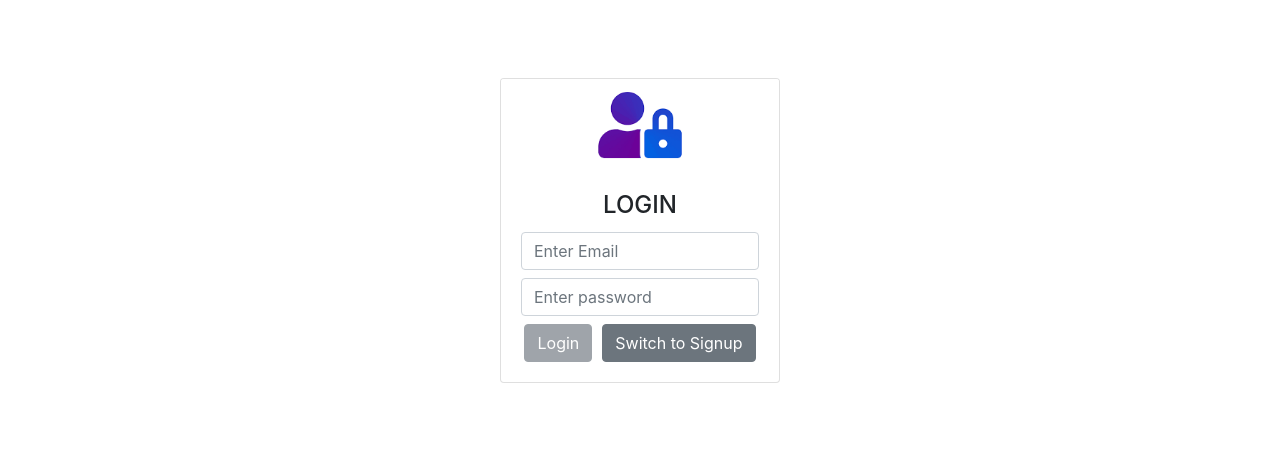
Repository: hosseinemami1370/iranicard
Page: /signup
These files come from the project's save history. The page is drawn as it stood at one moment and after the next save; the edit follows.
The browser window is 1280 px wide. The pictures show the whole page.
The project was rebuilt for these pictures with package versions that can differ from the ones it lists, and the page was loaded fresh each time. The framework's server and built-in components were replaced by stand-ins that run in the browser. Also part of the build but not shown: nuxt.config.js, components/Header.vue, components/Logo.vue, components/UI/AppButton.vue, components/navigation/Header.vue, layouts/error.vue, layouts/header.vue.

Above is the page before, as saved 2021-03-15 12:41:24.

### layouts/default.vue
<template>
  <div>

    <Nuxt />
  </div>
</template>
<script>
// import Header from '@/components/navigation/Header'
 export default {
//    components:{
//      Header
//    }
computed:{

    loadedData() {
      return this.$store.getters.isAuthenticated

  }
}
 }

</script>

<style>
html {
  font-family:
    'Source Sans Pro',
    -apple-system,
    BlinkMacSystemFont,
    'Segoe UI',
    Roboto,
    'Helvetica Neue',
    Arial,
    sans-serif;
  font-size: 16px;
  word-spacing: 1px;
  -ms-text-size-adjust: 100%;
  -webkit-text-size-adjust: 100%;
  -moz-osx-font-smoothing: grayscale;
  -webkit-font-smoothing: antialiased;
  box-sizing: border-box;
}

*,
*::before,
*::after {
  box-sizing: border-box;
  margin: 0;
}

.button--green {
  display: inline-block;
  border-radius: 4px;
  border: 1px solid #3b8070;
  color: #3b8070;
  text-decoration: none;
  padding: 10px 30px;
}

.button--green:hover {
  color: #fff;
  background-color: #3b8070;
}

.button--grey {
  display: inline-block;
  border-radius: 4px;
  border: 1px solid #35495e;
  color: #35495e;
  text-decoration: none;
  padding: 10px 30px;
  margin-left: 15px;
}

.button--grey:hover {
  color: #fff;
  background-color: #35495e;
}
</style>

### store/index.js
import Vuex from "vuex";

import Cookie from "js-cookie";

const createStore =() =>{
   return new Vuex.Store({
    state:{
        loadedData:[],
        token:null,
        // visibelLogout:true
    },
    mutations:{
        SETTOKEN(state,token){
            state.token=token;
        },
        CLEARTOKEN(state) {
            state.token = null;
          },
          SETEDATA(state,data){
            state.loadedData=data;
          }
        // SETVISIBLE(state,visible){
        //     state.visibelLogout=visible
        // }
    },
    actions:{
        authenticationUser(vuexContext,authData){
            let authUrl =
          "https://www.googleapis.com/identitytoolkit/v3/relyingparty/verifyPassword?key=" +
          process.env.fbAPIKey;
        if (!authData.isLogin) {
          authUrl =
            "https://www.googleapis.com/identitytoolkit/v3/relyingparty/signupNewUser?key=" +
            process.env.fbAPIKey;
        }
        return this.$axios
          .$post(authUrl, {
            email: authData.email,
            password: authData.password,
            returnSecureToken: true
          })
          .then(result => {
            console.log("result:",result);
            vuexContext.commit("SETEDATA",result.email);
            vuexContext.commit("SETTOKEN", result.idToken);
            localStorage.setItem("token", result.idToken);
            localStorage.setItem("data",result.email);
            localStorage.setItem("isLogin",authData.isLogin)
            console.log("result.expiresIn",result.expiresIn);
            localStorage.setItem(
              "tokenExpiration",
              new Date().getTime() + Number.parseInt(result.expiresIn) * 1000
            );
            Cookie.set("jwt", result.idToken);
            Cookie.set(
              "expirationDate",
              new Date().getTime() + Number.parseInt(result.expiresIn) * 1000
            );
          })
          .catch(e => {
            console.log('error1:', e);
            alert("usre or password invalid!")
          });
        },
        initAuth(vuexContext, req) {
            let token;
            let expirationDate;
            if (req) {
              if (!req.headers.cookie) {
                return;
              }
              const jwtCookie = req.headers.cookie
                .split(";")
                .find(c => c.trim().startsWith("jwt="));
              if (!jwtCookie) {
                return;
              }
              token = jwtCookie.split("=")[1];
              expirationDate = req.headers.cookie
                .split(";")
                .find(c => c.trim().startsWith("expirationDate="))
                .split("=")[1];
            }
            else {
              token = localStorage.getItem("token");
              expirationDate = localStorage.getItem("tokenExpiration");
            }
            if (new Date().getTime() > +expirationDate || !token) {
              console.log("No token or invalid token");
              vuexContext.dispatch("logout");
              return;
            }
            vuexContext.commit("SETTOKEN", token);
          },
          logout(vuexContext) {
            vuexContext.commit("CLEARTOKEN");
            Cookie.remove("jwt");
            Cookie.remove("expirationDate");
            if (process.client) {
              localStorage.removeItem("token");
              localStorage.removeItem("tokenExpiration");
            }
          },
        // setVisible(vuexContext,payload){
        //     vuexContext.commit("SETVISIBLE", payload);
        // }
    },
    getters: {
      loadedData(state) {
        return state.loadedData;
      },
      isAuthenticated(state) {
        return state.token != null;
      },
      // loadedVisible(state){
      //   return state.visibelLogout
      // }
    }
   })
}
export default createStore;

### plugins/core-component.js
import Vue from 'vue';
import AppButton from '@/components/UI/AppButton'
import Vuelidate from 'vuelidate'
Vue.use(Vuelidate)
Vue.component('AppButton', AppButton)

### pages/signup/index.vue
<template>
  <div class="admin-auth-page">
    <div class="auth-container">
      <b-card
        title="LOGIN"
        style="max-with: 10rem"
        class="mt-5 text-center"
        img-src="@/assets/download.png"
        img-top
      >
        <b-form @submit.prevent="onSubmit">
          <b-form-input
            :class="{ error: $v.email.$error }"
            id="email"
            v-model.trim="email"
            @input="$v.email.$touch()"
            placeholder="Enter Email"
          >
          </b-form-input>
          <div v-if="$v.email.$dirty">
            <p class="error-message" v-if="!$v.email.email">
              Please enter a valid email address.
            </p>
            <p class="error-message" v-if="!$v.email.required">
              Email must not be empty.
            </p>
          </div>

          <b-form-input
            type="password"
            :class="{ error: $v.password.$error }"
            class="mt-2"
            required
            id="password"
            v-model.trim="password"
            @input="$v.password.$touch()"
            placeholder="Enter password"
          >
          </b-form-input>
          <div v-if="$v.password.$dirty">
            <p class="error-message" v-if="!$v.password.required">
              Password must not be empty.
            </p>
          </div>

          <b-form-input
            type="password"
            v-if="!isLogin"
            :class="{ error: $v.repeatPassword.$error }"
            class="mt-2"
            required
            id="password2"
            v-model.trim="repeatPassword"
            @input="$v.repeatPassword.$touch()"
            placeholder="Re-type password"
          >

          </b-form-input>
          <div v-if="$v.repeatPassword.$dirty || !isLogin">
              <p class="error-message" v-if="!$v.repeatPassword.sameAsPassword || !isLogin">
                Passwords must be identical.
              </p>

              <p class="error-message" v-if="!$v.repeatPassword.required || !isLogin">
                Password must not be empty.
              </p>
            </div>

          <div class="mt-2">
            <b-button type="submit" :disabled="$v.$invalid">{{
              isLogin ? "Login" : "Sign Up"
            }}</b-button>
            <b-button
              type="button"
              style="margin-left: 10px"
              @click="isLogin = !isLogin"
              >Switch to {{ isLogin ? "Signup" : "Login" }}</b-button
            >
          </div>
        </b-form>
      </b-card>
    </div>
  </div>
</template>

<script>
import { required, minLength, email, sameAs } from "vuelidate/lib/validators";

export default {
  layout: "admin",
  // middelware:["check-login"],
  data() {
    return {
      isLogin: true,
      email: "",
      password: "",
      repeatPassword: "",
      message: "",
    };
  },
  validations: {
    email: {
      required,
      email,
    },
    password: {
      required,
      minLength: minLength(6),
    },
    repeatPassword: {
      required,
      minLength: minLength(6),
      sameAsPassword: sameAs("password"),
    },
  },

  methods: {
    onSubmit() {
      if (!this.$v.$invalid) {
        this.$store
          .dispatch("authenticationUser", {
            email: this.email,
            password: this.password,
            isLogin: this.isLogin,
          })
          .then(() => {
            this.$router.push("/user");
          });
      }
    },
  },
};
</script>

<style scoped>
.error-message {
  color: red;
}
.admin-auth-page {
  padding: 20px;
}

.auth-container {
  /* border: 1px solid #ccc;
  border-radius: 5px;
  box-shadow: 0 2px 2px #ccc; */
  width: 300px;
  margin: auto;
  padding: 10px;
  /* box-sizing: border-box; */
}
</style>

Loaded but not shown: layouts/admin.vue (common file)

After the next save:
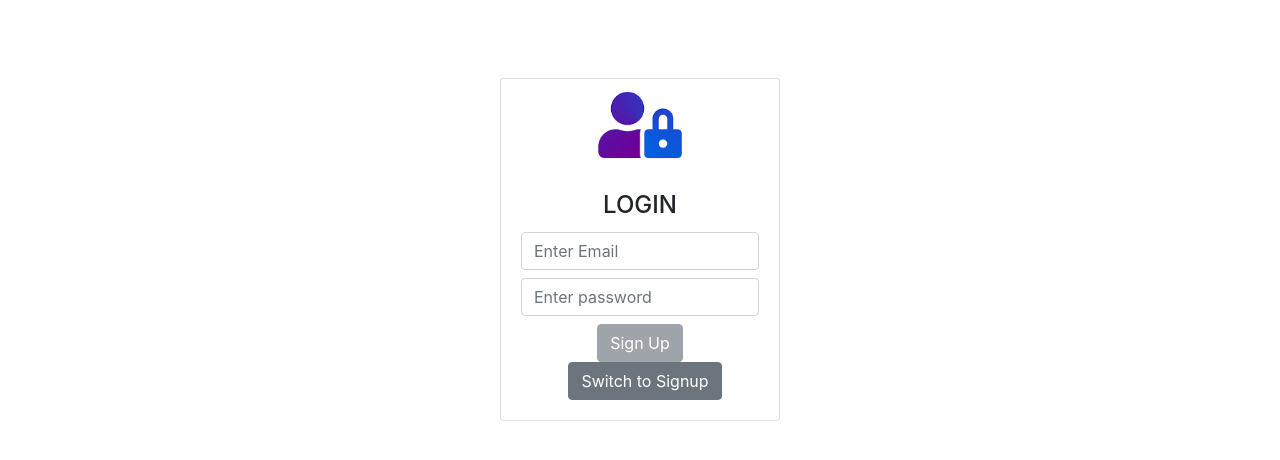
Saved 27 s later.
--- a/pages/signup/index.vue
+++ b/pages/signup/index.vue
@@ -68,7 +68,7 @@
 
           <div class="mt-2">
             <b-button type="submit" :disabled="$v.$invalid">{{
-              isLogin ? "Login" : "Sign Up"
+              "Sign Up"
             }}</b-button>
             <b-button
               type="button"
